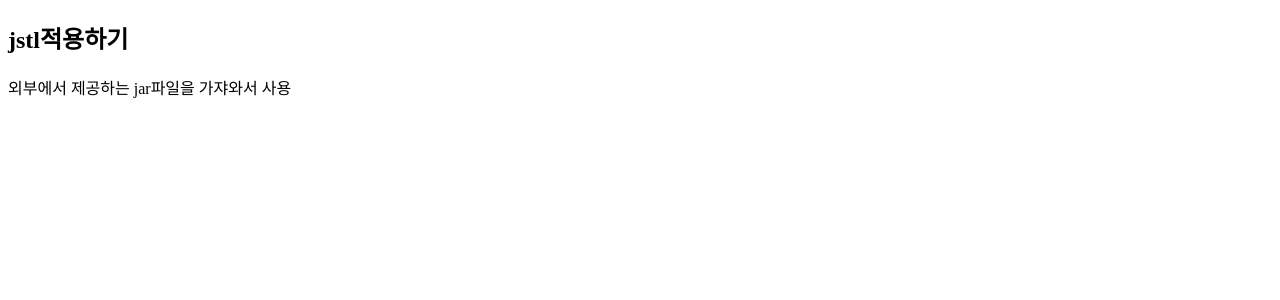
Repository: simjiho/week
Page: http://localhost/el_jstl/
These files come from the project's save history. The page is drawn as it stood at one moment and after the next save; the edit follows.
The browser window is 1280 px wide. The pictures show the whole page.
The page is served by Tomcat 9. Other server files are loaded and not shown.

Above is the page before, as saved 2024-04-20 05:01:12.

### workspace/el_jstl/src/main/webapp/index.jsp
<%@ page language="java" contentType="text/html; charset=UTF-8"
    pageEncoding="UTF-8"%>
<!-- 이용할 jstl 태그를 선언해야함 -->
<%@ taglib prefix="c" uri="http://java.sun.com/jsp/jstl/core" %>
<%@ taglib prefix="fmt" uri="http://java.sun.com/jsp/jstl/fmt" %>
<!DOCTYPE html>
<html>
<head>
<meta charset="UTF-8">
<title>jstl</title>
</head>
<body>
	<h2>jstl적용하기</h2>
	<p>외부에서 제공하는 jar파일을 가쟈와서 사용</p>

</body>
</html>

After the next save:
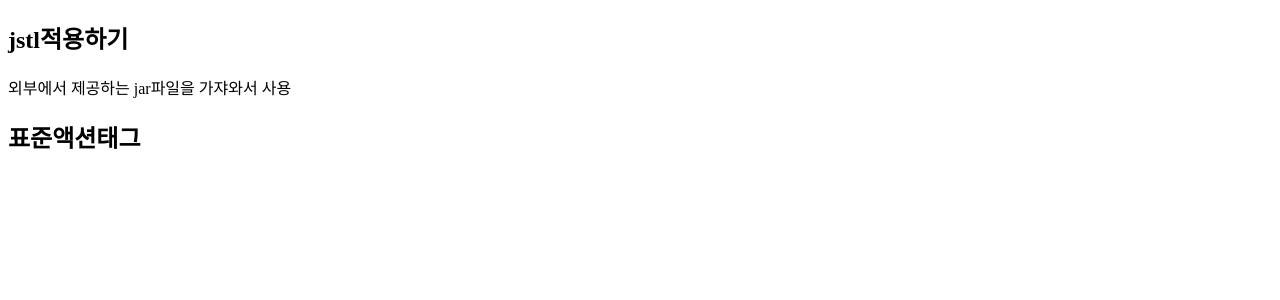
Saved 2 min 15 s later.
--- a/workspace/el_jstl/src/main/webapp/index.jsp
+++ b/workspace/el_jstl/src/main/webapp/index.jsp
@@ -13,5 +13,6 @@
 	<h2>jstl적용하기</h2>
 	<p>외부에서 제공하는 jar파일을 가쟈와서 사용</p>
 
+	<h2>표준액션태그</h2>
 </body>
 </html>
